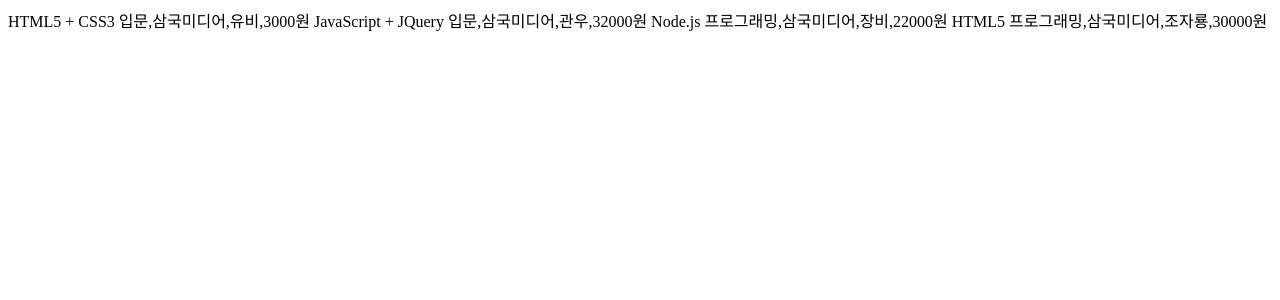
Repository: popconnect/jQuery
Page: http://localhost/AjaxEx01/data_csv1.jsp
An editor plug-in stored every save of this project. The page is shown before and after the next save, followed by the edit.
The browser window is 1280 px wide. The pictures show the whole page.
The page is served by Tomcat 9.

Above is the page before, as saved 2023-05-12 00:50:06.

After the next save:
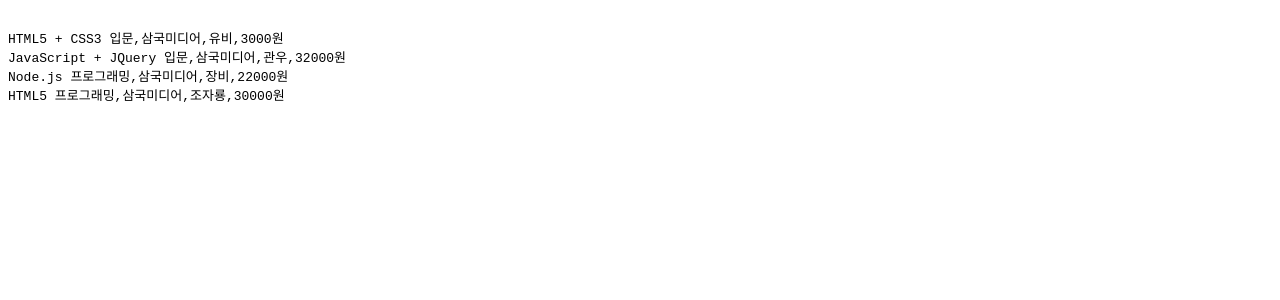
Saved 76 s later.
--- a/AjaxEx01/src/main/webapp/data_csv1.jsp
+++ b/AjaxEx01/src/main/webapp/data_csv1.jsp
@@ -1,5 +1,5 @@
-<%@ page language="java" contentType="text/html; charset=UTF-8"
-    pageEncoding="UTF-8"%>
+<%@ page language="java" contentType="text/plane; charset=UTF-8"
+    pageEncoding="UTF-8" trimDirectiveWhitespaces="true"%>
 HTML5 + CSS3 입문,삼국미디어,유비,3000원
 JavaScript + JQuery 입문,삼국미디어,관우,32000원
 Node.js 프로그래밍,삼국미디어,장비,22000원
